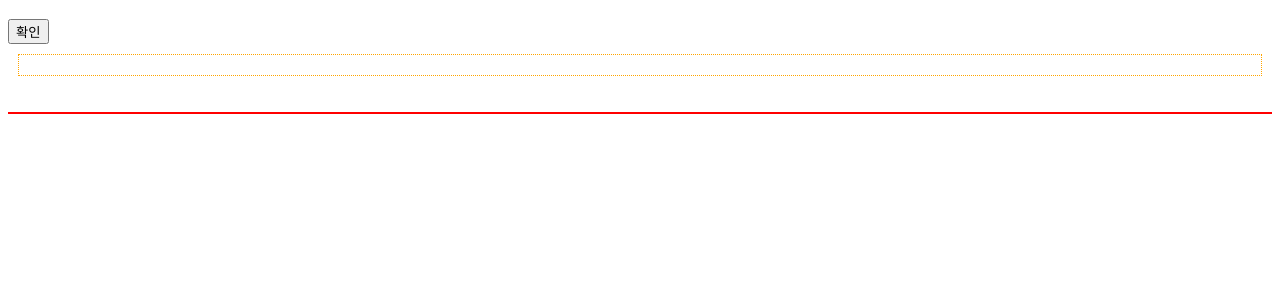
Repository: solsol7/ddit-html
Page: webpro/WebContent/0712/location객체.html
An editor plug-in stored every save of this project. The page is shown before and after the next save, followed by the edit.
The browser window is 1280 px wide. The pictures show the whole page.
After loading, the first visible `input` was clicked once.

Above is the page before, as saved 2023-07-12 08:38:18.
Console error: ReferenceError: proc1 is not defined

### webpro/WebContent/0712/location객체.html
<!DOCTYPE html>
<html>
<head>
<meta charset="UTF-8">
<title>Insert title here</title>
<link rel="stylesheet" href="../css/style.css">
</head>
<body>

<h3></h3>
<input type="button" value="확인" onclick="proc1()">
<br>
<div class="ddres" id="result1"></div>
<br>
<hr color="red">
</body>
</html>

### webpro/WebContent/css/style.css
@charset "UTF-8";

pre{
	background-color : skyblue;
	font-size : 1.5rem;
}
div.ddres{
  border : 1px dotted orange;
  margin : 10px;
  padding : 10px;
  font-size : 1.3rem;

}

After the next save:
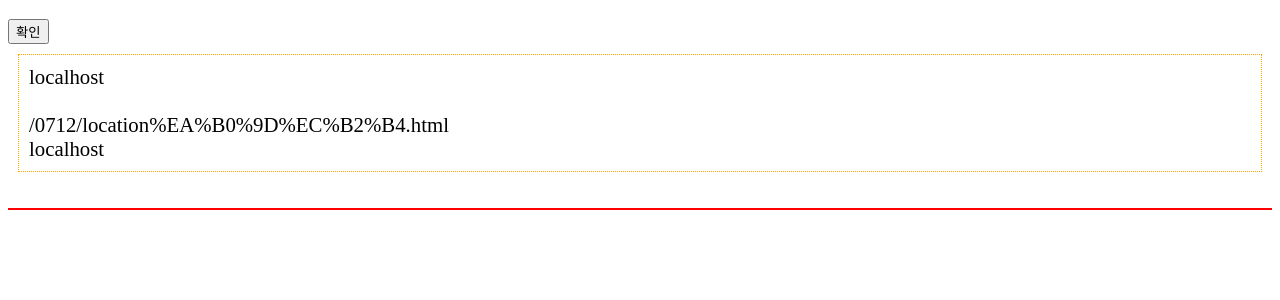
The error is gone.
Saved 2 min 56 s later.
--- a/webpro/WebContent/0712/location객체.html
+++ b/webpro/WebContent/0712/location객체.html
@@ -4,6 +4,16 @@
 <meta charset="UTF-8">
 <title>Insert title here</title>
 <link rel="stylesheet" href="../css/style.css">
+<script>
+proc1 = () => {
+	str = location.hostname + "<br>";
+	str += location.port + "<br>";
+	str += location.pathname + "<br>";
+	str += location.host + "<br>";
+
+	document.getElementById('result1').innerHTML = str;
+}
+</script>
 </head>
 <body>
 
